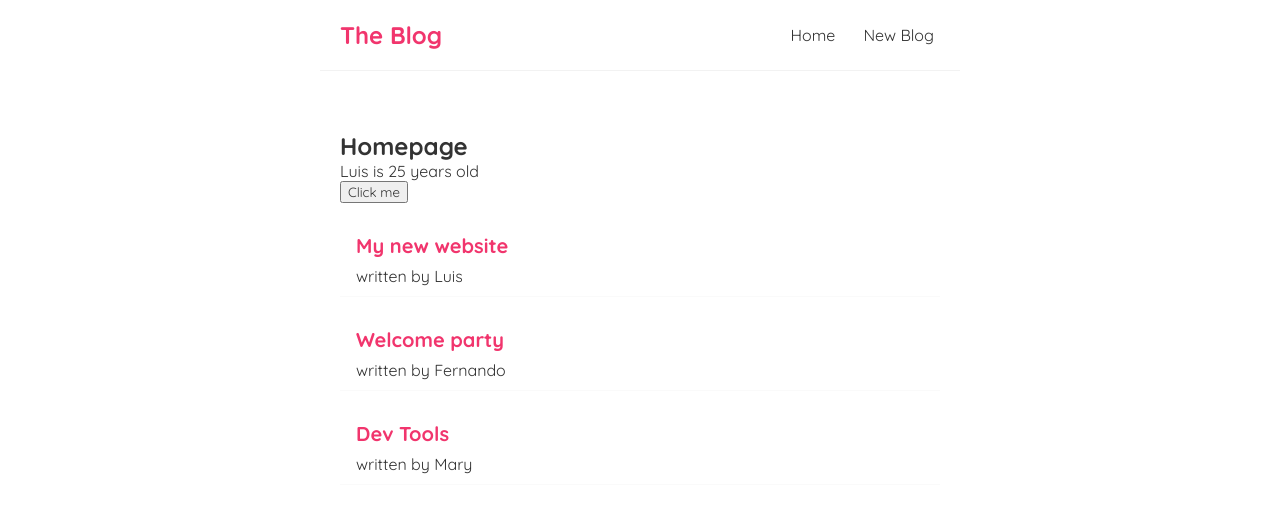
Repository: castilla-aurela/react-blog
Page: /
The author's editor kept a copy of each file at every save. The page is drawn from the files as they stood at one save, then again after the next save.
The browser window is 1280 px wide. The pictures show the whole page.
The project was rebuilt for these pictures with package versions that can differ from the ones it lists, and the page was loaded fresh each time.

Above is the page before, as saved 2022-02-18 11:10:20.

After the next save:
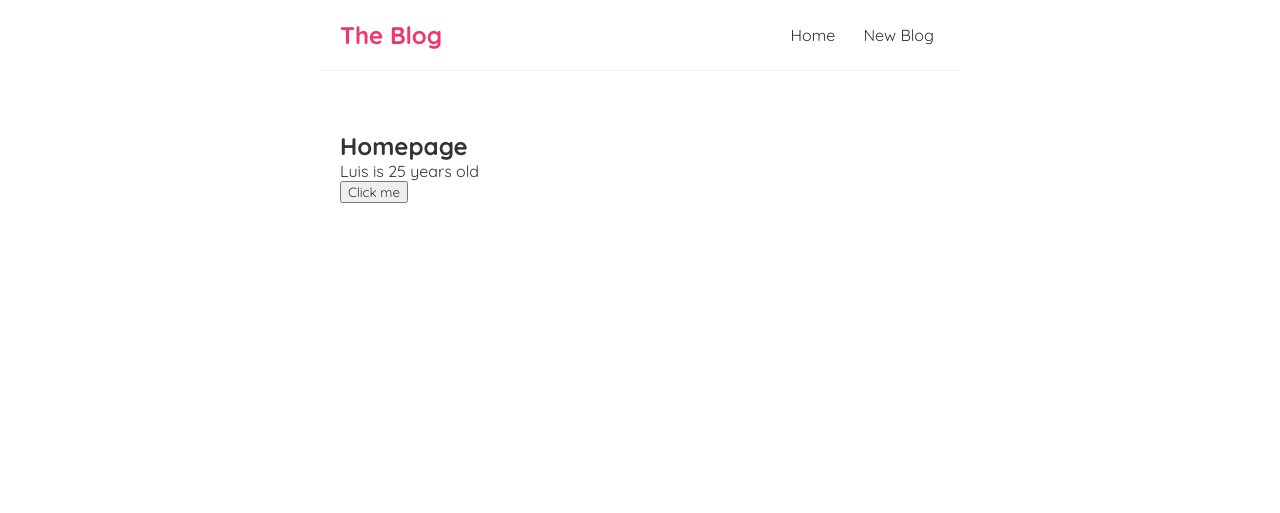
Saved 20 s later.
--- a/src/Home.js
+++ b/src/Home.js
@@ -34,12 +34,7 @@ const Home = () => {
         {name} is {age} years old
       </p>
       <button onClick={handleClick}>Click me</button>
-      {blogs.map((blog) => (
-        <div className="blog-preview" key={blog.id}>
-          <h2>{blog.tittle}</h2>
-          <p>written by {blog.author}</p>
-        </div>
-      ))}
+
     </div>
   );
 };
